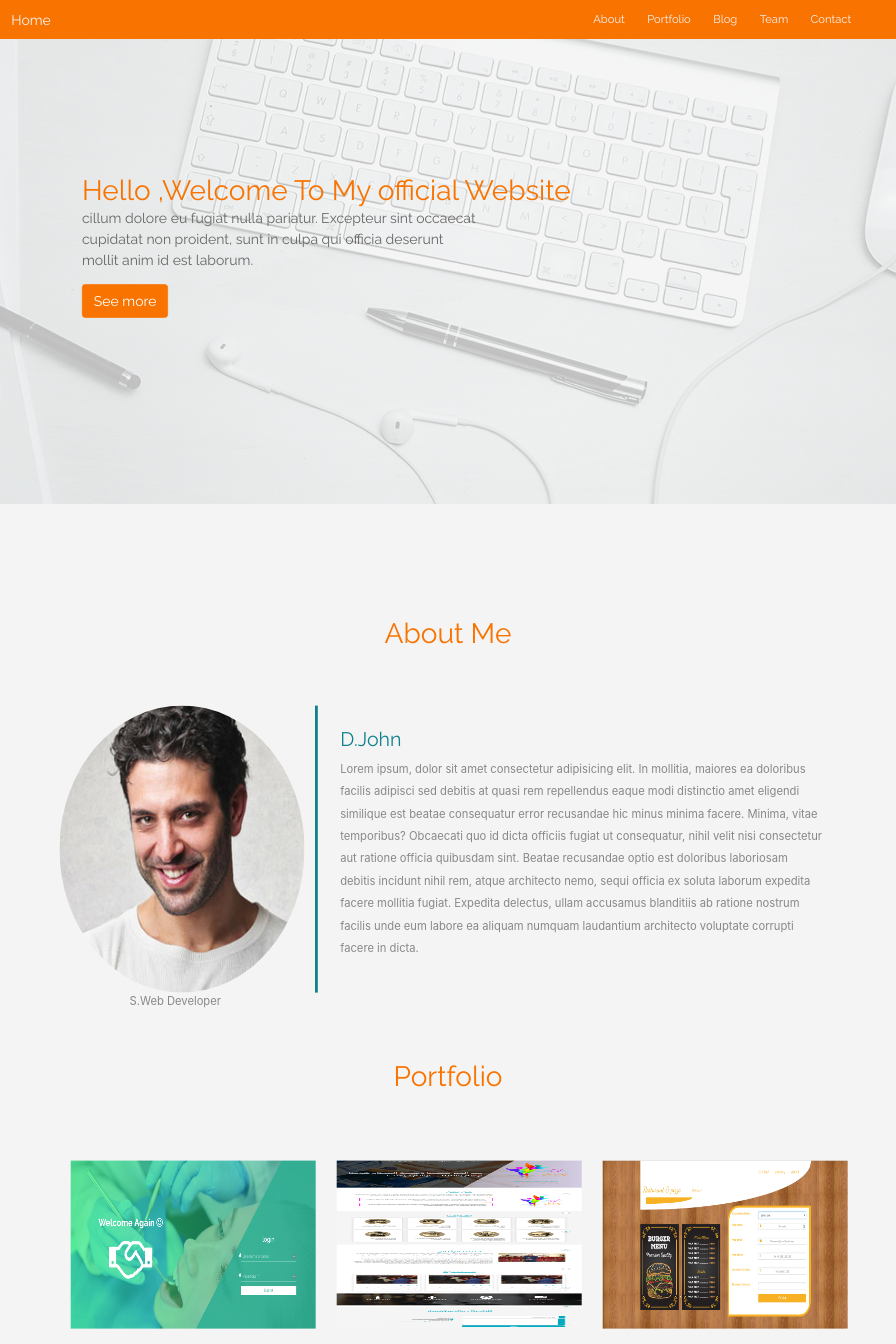
Repository: adrian9211/Bootstrap_website_Ruth
Page: index.html
The author's editor kept a copy of each file at every save. The page is drawn from the files as they stood at one save, then again after the next save.
The browser window is 1280 px wide. The pictures show the part of the page from y = 0 to 1920 px (the page is 4159 px tall), at 70% of full size.
Some web libraries are served in a nearby version.

Above is the page before, as saved 2020-11-25 12:10:00.

### index.html
<!DOCTYPE html>
<html lang="en">
<head>
    <meta charset="UTF-8">
    <meta name="viewport" content="width=device-width, initial-scale=1.0">
    <title>Bootstrap 4 page</title>

    <link rel="stylesheet" href="css/bootstrap.min.css">
    <link rel="stylesheet" href="css/main.css">
</head>
<body>
    <!-- Navbar start -->
    <nav class="navbar navbar-expand-lg fixed-top">
        <a class="navbar-brand" href="#">Home</a>
        <button class="navbar-toggler" type="button" data-toggle="collapse" data-target="#navbarSupportedContent" aria-controls="navbarSupportedContent" aria-expanded="false" aria-label="Toggle navigation">
          <span class="navbar-toggler-icon"></span>
        </button>

        <div class="collapse navbar-collapse" id="navbarSupportedContent">
            <ul class="navbar-nav mr-4">
              <li class="nav-item">
                <a class="nav-link"  data-value="about" href="#">About</a>
              </li>
              <li class="nav-item">
                <a class="nav-link" data-value="portfolio" href="#">Portfolio</a>
              </li>
              <li class="nav-item">
                <a class="nav-link" data-value="blog" href="#">Blog</a>
              </li>
              <li class="nav-item">
                <a class="nav-link" data-value="team" href="#">Team</a>
              </li>
              <li class="nav-item">
                <a class="nav-link" data-value="contact" href="#">Contact</a>
              </li>
          </div>
    </nav>
    <!-- Navbar end -->
    <!-- Header section START -->
    <header class="header">
      <div class="overlay"></div>
       <div class="container">
           <div class="description ">
        <h1>
          Hello ,Welcome To My official Website
          <p>
          cillum dolore eu fugiat nulla pariatur. Excepteur sint occaecat cupidatat non
          proident, sunt in culpa qui officia deserunt mollit anim id est laborum.</p>
          <button class="btn btn-outline-secondary btn-lg">See more</button>
        </h1>
      </div>
       </div>

    </header>
    <!-- Header section END -->

    <!-- About section START -->

    <div class="about" id="about">
      <div class="container">
        <h1 class="text-center">About Me</h1>
          <div class="row">
            <div class="col-lg-4 col-md-4 col-sm-12">
              <img src="images/team-3.jpg"  class="img-fluid" alt="photo">
              <span class="text-justify">S.Web Developer</span>
            </div>
            <div class="col-lg-8 col-md-8 col-sm-12 desc">
              <h3>D.John</h3>
              <p>Lorem ipsum, dolor sit amet consectetur adipisicing elit. In mollitia, maiores ea doloribus facilis adipisci sed debitis at quasi rem repellendus eaque modi distinctio amet eligendi similique est beatae consequatur error recusandae hic minus minima facere. Minima, vitae temporibus? Obcaecati quo id dicta officiis fugiat ut consequatur, nihil velit nisi consectetur aut ratione officia quibusdam sint. Beatae recusandae optio est doloribus laboriosam debitis incidunt nihil rem, atque architecto nemo, sequi officia ex soluta laborum expedita facere mollitia fugiat. Expedita delectus, ullam accusamus blanditiis ab ratione nostrum facilis unde eum labore ea aliquam numquam laudantium architecto voluptate corrupti facere in dicta.</p>
            </div>
          </div>
      </div>
    </div>

    <!-- About section END -->

    <!-- Portfolio part START -->
    <div class="portfolio" id="portfolio">
      <h1 class="text-center">Portfolio</h1>
      <div class="container">
        <div class="row">
          <div class="col-lg-4 col-md-4 col-sm-12">
            <img src="images/portfolio/port13.png" alt="port3" class="img-fluid">
        </div>
          <div class="col-lg-4 col-md-4 col-sm-12">
            <img src="images/portfolio/port1.png" alt="port1" class="img-fluid">
        </div>
          <div class="col-lg-4 col-md-4 col-sm-12">
            <img src="images/portfolio/port6.png" alt="port6" class="img-fluid">
        </div>
          <div class="col-lg-4 col-md-4 col-sm-12">
            <img src="images/portfolio/port3.png" alt="port3" class="img-fluid">
        </div>
          <div class="col-lg-4 col-md-4 col-sm-12">
            <img src="images/portfolio/port11.png" alt="port11" class="img-fluid">
        </div>
          <div class="col-lg-4 col-md-4 col-sm-12">
            <img src="images/portfolio/electric.png" alt="electric" class="img-fluid">
        </div>
          <div class="col-lg-4 col-md-4 col-sm-12">
            <img src="images/portfolio/Classic.jpg" alt="classic" class="img-fluid">
        </div>
          <div class="col-lg-4 col-md-4 col-sm-12">
            <img src="images/portfolio/port1.png" alt="port1" class="img-fluid">
        </div>
          <div class="col-lg-4 col-md-4 col-sm-12">
            <img src="images/portfolio/port8.png" alt="port8" class="img-fluid">
        </div>
      </div>
    </div>
    </div>

    <!-- Portfolio part END -->

    <!-- Posts section START -->
    <div class="blog" id="blog">
      <div class="container">
        <h1 class="text-center">Blog</h1>
        <div class="row">
          <div class="col-lg-4 col-md-4 col-sm-12" >
            <div class="card">
              <div class="card-img">
                <img src="images/posts/polit.jpg" alt="polit" class="img-fluid">
              </div>
              <div class="card-body">
                <h4 class="card-title">Post Title</h4>
                <p class="card-text">
                  Lorem ipsum dolor sit amet consectetur adipisicing elit. Fuga, at, mollitia et labore est quo ratione suscipit iste consequatur quos quidem nulla asperiores eveniet repellat odit. Reprehenderit enim vitae ratione ab veniam, temporibus sapiente quasi tenetur voluptatem repellat ea ipsam rerum consectetur unde quia exercitationem tempore debitis laborum qui dolores!
                </p>
              </div>
              <div class="card-footer">
                <a href="" class="card-link"> Read more</a>
              </div>
            </div>
          </div>
          <div class="col-lg-4 col-md-4 col-sm-12">
            <div class="card">
              <div class="card-img">
                <img src="images/posts/images.jpg" alt="images" class="img-fluid">
              </div>
              <div class="card-body">
                <h4 class="card-title">Post Title</h4>
                <p class="card-text">
                  Lorem ipsum dolor sit amet consectetur adipisicing elit. Ex earum ad, labore aperiam magnam maiores quaerat, sapiente a aut mollitia veritatis molestiae reprehenderit pariatur eum cum minima? Nulla, quia. Libero laborum ullam unde beatae error vero iure soluta, itaque sint debitis sequi! Provident, quam facilis vero animi eaque illum dignissimos.
                </p>
              </div>
              <div class="card-footer">
                <a href="" class="card-link">Read more</a>
              </div>
            </div>
          </div>
          <div class="col-lg-4 col-md-4 col-sm-12">
            <div class="card">
              <div class="card-img">
                <img src="images/posts/imag2.jpg" alt="images" class="img-fluid">
              </div>
              <div class="card-body">
                <h4 class="card-title">Post Title</h4>
                <p class="card-text">
                  Lorem ipsum dolor sit amet consectetur adipisicing elit. Ex earum ad, labore aperiam magnam maiores quaerat, sapiente a aut mollitia veritatis molestiae reprehenderit pariatur eum cum minima? Nulla, quia. Libero laborum ullam unde beatae error vero iure soluta, itaque sint debitis sequi! Provident, quam facilis vero animi eaque illum dignissimos.
                </p>
              </div>
              <div class="card-footer">
                <a href="" class="card-link">Read more</a>
              </div>
            </div>
          </div>
        </div>
      </div>
    </div>
    <!-- Posts section END -->

    <!-- Team Section START -->
    <div class="team" id="team">
      <div class="container">
      <h1 class="text-center">Our Team</h1>
        <div class="row">
          <div class="col-lg-3 col-md-3 col-sm-12 item">
            <img src="images/team-2.jpg" alt="team-2" class="img-fluid">
            <div class="des">
              Sara
            </div>
            <span class="text-muted">Manager</span>
          </div>
          <div class="col-lg-3 col-md-3 col-sm-12 item">
            <img src="images/team-3.jpg" alt="team-2" class="img-fluid">
            <div class="des">
              Chris
            </div>
            <span class="text-muted">S.enginnern</span>
          </div>
          <div class="col-lg-3 col-md-3 col-sm-12 item">
            <img src="images/team-2.jpg" alt="team-2" class="img-fluid">
            <div class="des">
              Layla
            </div>
            <span class="text-muted">Front End Developer</span>
          </div>
          <div class="col-lg-3 col-md-3 col-sm-12 item">
            <img src="images/team-3.jpg" alt="team-2" class="img-fluid">
            <div class="des">
              J.Jirard
            </div>
            <span class="text-muted">Team Manager</span>
          </div>
        </div>
      </div>
    </div>
    <!-- Team Section END -->

    <!-- Contact section START -->

    <div class="contact-form" id="contact">
      <div class="container">
        <form>
          <div class="row">
            <div class="col-lg-4 col-md-4 col-sm-12" >
              <h1>Get in Touch</h1>
            </div>
            <div class="col-lg-4 col-md-4 col-sm-12 right">
              <div class="form-group">
                <input type="text" class="form-control form-control-lg" placeholder="Your Name" name="name">
              </div>
              <div class="form-group">
                <input type="text" class="form-control form-control-lg" placeholder="YourEmail@email.com" name="email">
              </div>
              <div class="form-group">
                <textarea class="form-control form-control-lg">

                </textarea>
              </div>
              <input type="submit" class="btn btn-secondary btn-block" value="Send" name="">
            </div>
          </div>
        </form>
      </div>
    </div>

    <!-- Contact section END-->

    <!-- JS files section -->
    <script src="https://cdnjs.cloudflare.com/ajax/libs/popper.js/1.12.9/umd/popper.min.js" integrity="sha384-ApNbgh9B+Y1QKtv3Rn7W3mgPxhU9K/ScQsAP7hUibX39j7fakFPskvXusvfa0b4Q" crossorigin="anonymous"></script>
    <script type="text/javascript" src="js/jquery.min.js"></script>
    <script type="text/javascript" src="js/bootstrap.min.js"></script>
    <script type="text/javascript" src="js/main.js"></script>
</body>
</html>

### css/main.css
@import url('https://fonts.googleapis.com/css?family=Raleway');

body{
	padding: 0;
	margin: 0;
	background:#f4f4f4;
}
html,h1,h2,h3,h4,h5,h6,a{
	font-family: "Raleway";
}
.navbar{
	background:#F97300;
}
.nav-link , .navbar-brand{
	color: #f4f4f4;
	cursor: pointer;
}
.nav-link{
	margin-right: 1em !important;
}
/* .nav-link:hover{
	background: #f4f4f4;
	color: #f97300;
} */
.navbar-collapse{
 justify-content: flex-end;
}
/* .navbar-toggler{
  background:#fff !important;
} */


/*header style*/
.header{
	/* height: 40vh; */
	position: relative;
	background-image: url('../images/headerback.jpg');
	background-size: cover;
	background-position: center;
}
.overlay{
	position: absolute;
	min-height: 100%;
	min-width: 100%;
	left: 0;
	top: 0;
	background: rgba(244, 244, 244, 0.79);
}
.description{
    position: absolute;
    top: 30%;
    margin: auto;
    padding: 2em;

}
.description h1{
	color:#F97300 ;
}
.description p{
	color:#666;
	font-size: 20px;
	width: 50%;
	line-height: 1.5;
}
.description button{
	border:1px  solid #F97300;
	background:#F97300;
	color:#fff;
}
.about{
	margin: 4em 0;
	padding: 1em;
	position: relative;
}
.about h1{
	color:#F97300;
	margin: 2em;
}
.about img{
	height: 100%;
    width: 100%;
    border-radius: 50%
}
.about span{
	display: block;
	color: #888;
	position: absolute;
	left: 115px;
}
.about .desc{
	padding: 2em;
	border-left:4px solid #10828C;
}
.about .desc h3{
	color: #10828C;
}
.about .desc p{
	line-height:2;
	color:#888;
}


/*Portfolio*/
.portfolio{
	margin: 4em 0;
    position: relative;
}
.portfolio h1{
	color:#F97300;
	margin: 2em;
}
.portfolio img{
	 height: 15rem;
	 width: 100%;
	 margin: 1em;
}

/*blog style*/
.blog{
	margin: 4em 0;
	position: relative;
}
.blog h1{
	color:#F97300;
	margin: 2em;
}
.blog .card{
	box-shadow: 0 0 20px #ccc;
}
.blog .card img{
	width: 100%;
	height: 12em;
}
@media and (max-width: 768px){
 .team .item img{
 	width: 100%;
 }
}
.blog .card-title{
	color:#F97300;
}

.blog .card-body{
	padding: 1em;
}
.team{
	margin: 4em 0;
	position: relative;

}
.team h1{
	color:#F97300;
	margin: 2em;
}
.team .item{
	position: relative;
	overflow: hidden;
}
.team .des{
	background: #F97300;
	color: #fff;
	text-align: center;
	border-top-right-radius: 93%;
	transition:.3s ease-in-out;
	position: absolute;
	width: 88%;
	bottom: 24px;


}
.team .item:hover .des{
	height: 100%;
	background:#f973007d;
    position: absolute;
	width: 89%;
	padding: 5em;
	top: 0;
	border-top-right-radius: 0;
}
.contact-form{
	margin: 6em 0;
	position: relative;
}

.contact-form h1{
	padding:2em 1px;
	color: #F97300;
}
.contact-form .right{
	max-width: 600px;
}
.contact-form .right .btn-secondary{
	background:  #F97300;
	color: #fff;
	border:0;
}
.contact-form .right .form-control::placeholder{
	color: #888;
	font-size: 16px;
}

Loaded but not shown: css/bootstrap.min.css (library); js/jquery.min.js (library); js/bootstrap.min.js (library); js/main.js (common file)

After the next save:
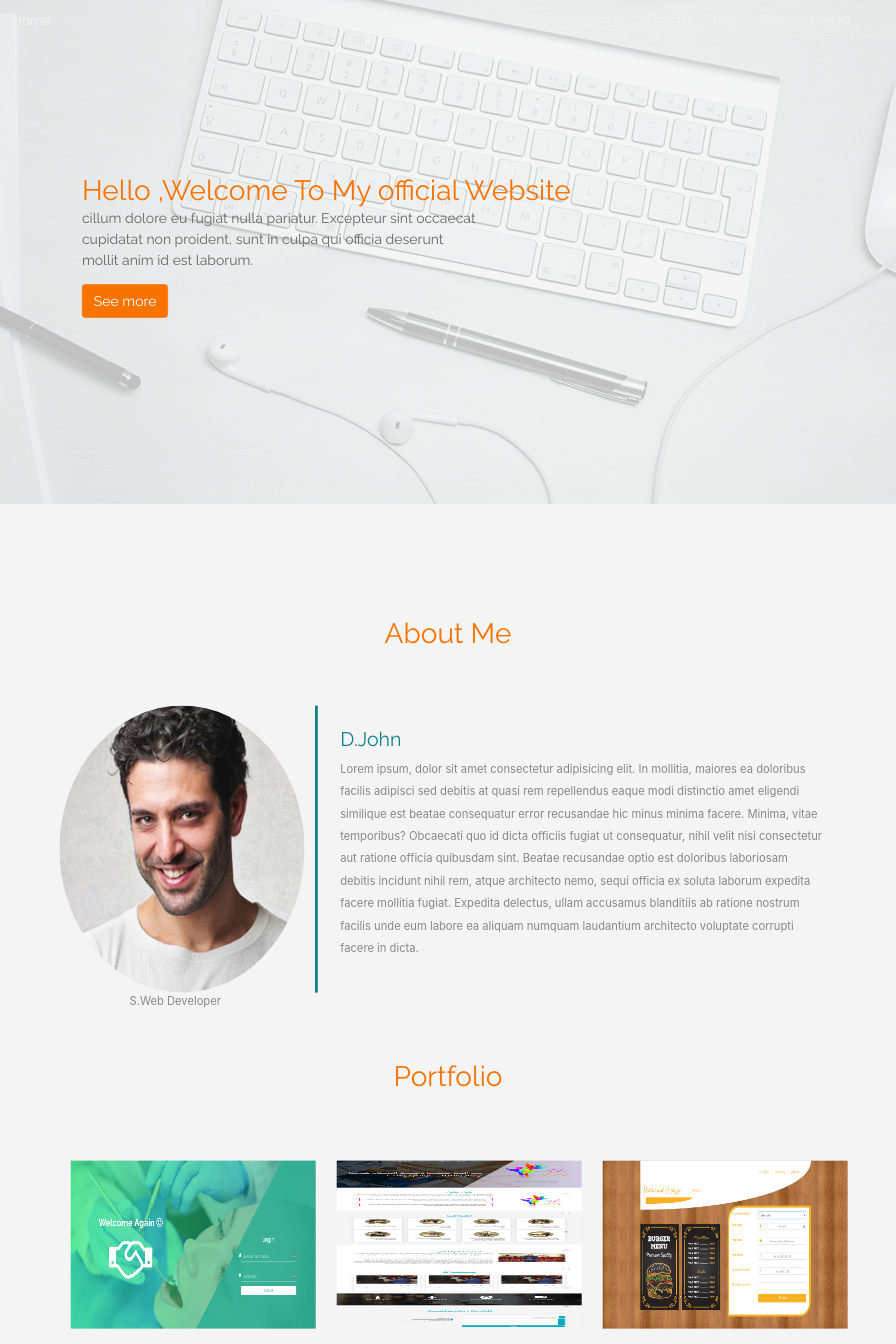
Saved 10 s later.
--- a/css/main.css
+++ b/css/main.css
@@ -8,9 +8,9 @@
 html,h1,h2,h3,h4,h5,h6,a{
 	font-family: "Raleway";
 }
-.navbar{
+/* .navbar{
 	background:#F97300;
-}
+} */
 .nav-link , .navbar-brand{
 	color: #f4f4f4;
 	cursor: pointer;

After the save that followed:
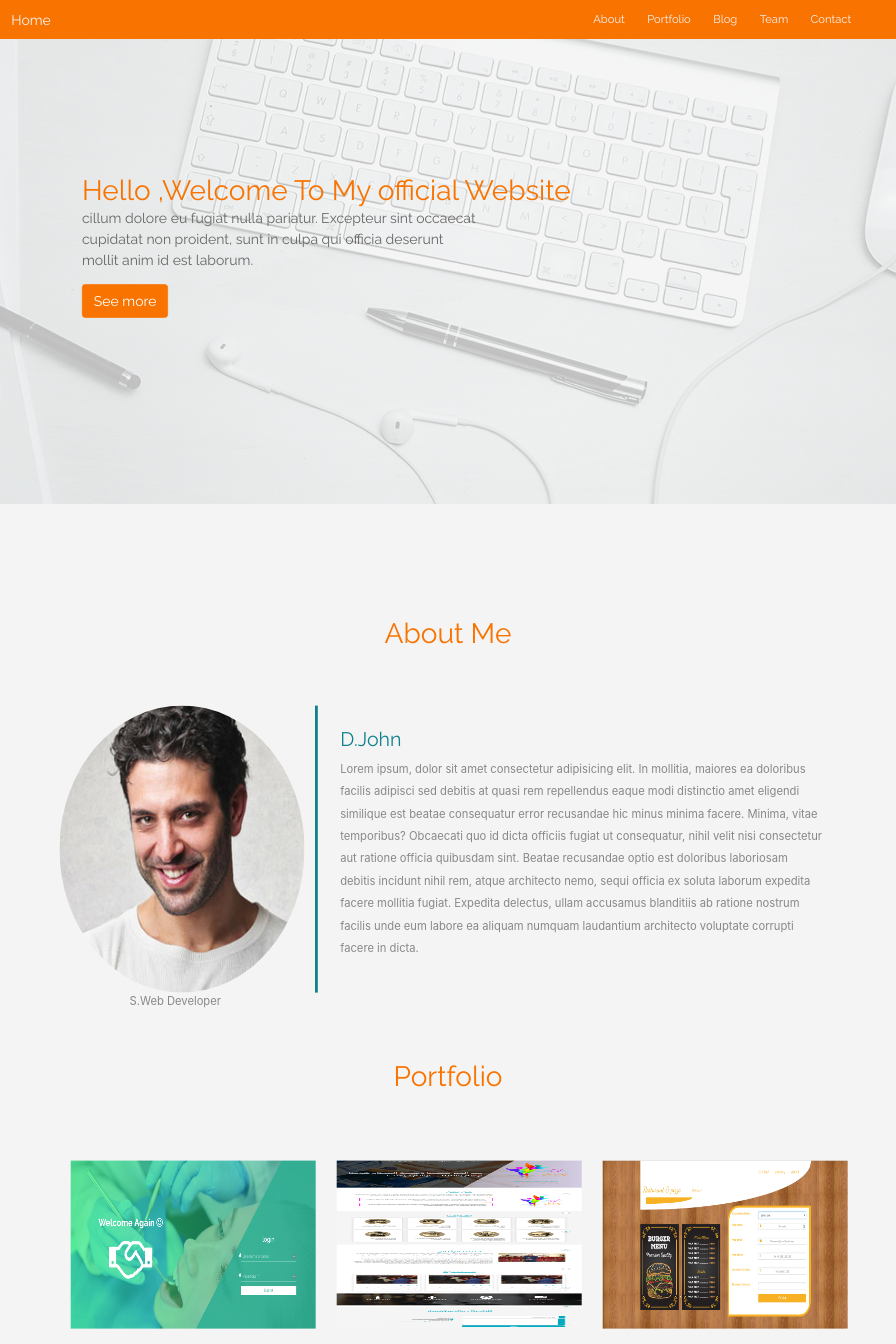
Saved 8 s later.
--- a/css/main.css
+++ b/css/main.css
@@ -8,9 +8,9 @@
 html,h1,h2,h3,h4,h5,h6,a{
 	font-family: "Raleway";
 }
-/* .navbar{
+.navbar{
 	background:#F97300;
-} */
+}
 .nav-link , .navbar-brand{
 	color: #f4f4f4;
 	cursor: pointer;
